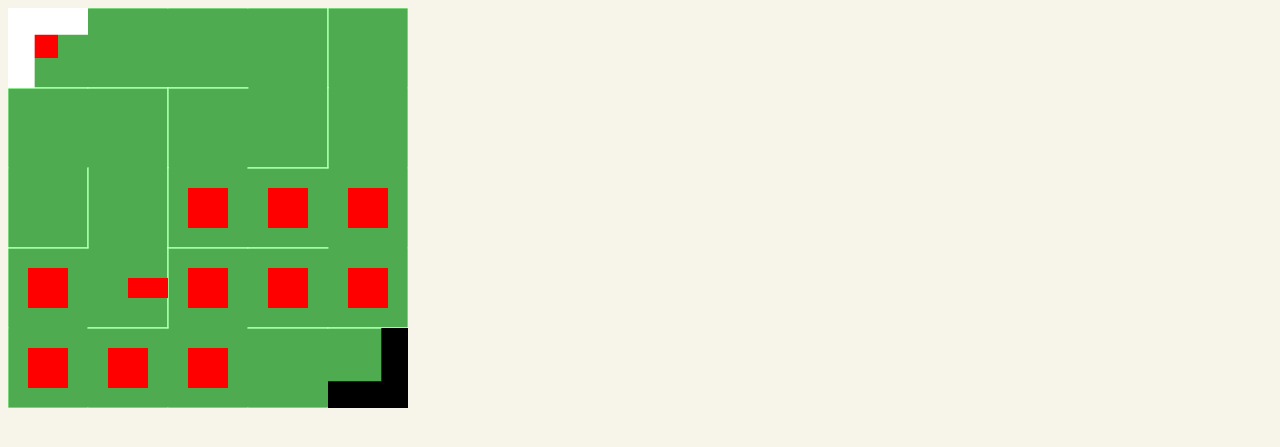
Repository: animarcus/maze-generator
Page: index.html
The author's editor kept a copy of each file at every save. The page is drawn from the files as they stood at one save, then again after the next save.
The browser window is 1280 px wide. The pictures show the whole page.
Some web libraries are served in a nearby version.

Above is the page before, as saved 2020-09-12 20:02:27.

### index.html
<!DOCTYPE html>
<html lang="en">
<head>
  <link rel="apple-touch-icon" sizes="180x180" href="/icons/apple-touch-icon.png">
  <link rel="icon" type="image/png" sizes="32x32" href="/icons/favicon-32x32.png">
  <link rel="icon" type="image/png" sizes="16x16" href="/icons/favicon-16x16.png">
  <link rel="manifest" href="/icons/site.webmanifest">
  <link rel="mask-icon" href="/icons/safari-pinned-tab.svg" color="#5bbad5">
  <link rel="shortcut icon" href="/icons/favicon.ico">
  <meta name="msapplication-TileColor" content="#da532c">
  <meta name="msapplication-config" content="/icons/browserconfig.xml">
  <meta name="theme-color" content="#ffffff">

  <script type="text/javascript" src="https://cdn.jsdelivr.net/npm/p5@1.1.4/lib/p5.min.js"></script>
  <script src="js/cell.js"></script>
  <script src="js/sketch.js"></script>
  <script src="js/solver.js"></script>


  <link rel="stylesheet" href="css/style.css">
  <meta charset="UTF-8">
  <meta name="viewport" content="width=device-width, initial-scale=1.0, maximum-scale=1.0, user-scalable=0">
  <title>Maze Generator</title>
</head>
<body>
</body>
</html>

### js/cell.js
class Cell {
  constructor(i, j) {
    this.i = i;
    this.j = j;
    this.walls = [true,true,true,true];
    this.visited = false;
  }
  checkNeighbors() {
    let neighbors = [];
    // console.log(index(i+1  , j   ));
    let top     = grid[index(this.i    , this.j-1 )];
    let right   = grid[index(this.i+1  , this.j   )];
    let bottom  = grid[index(this.i    , this.j +1)];
    let left    = grid[index(this.i-1  , this.j   )];
    if (top && !top.visited) {
      neighbors.push(top);
    }
    if (right && !right.visited) {
      neighbors.push(right);
    }
    if (bottom && !bottom.visited) {
      neighbors.push(bottom);
    }
    if (left && !left.visited) {
      neighbors.push(left);
    }
    if (neighbors.length > 0) {
      let r = floor(Math.random() * neighbors.length);
      return neighbors[r];
    } else {
      return undefined;
    }
  }
  highlight() {
    let x = this.i * w;
    let y = this.j * w;
    fill(150, 0, 0, 255);
    noStroke();
    rect(x, y, w, w);
  }
  show() {
    let x = this.i*w;
    let y = this.j*w;
    stroke(255);
    if (this.walls[0]) {
      line(x,y,x+w,y);
    }
    if (this.walls[1]) {
      line(x+w,y,x+w,y+w);
    }
    if (this.walls[2]) {
      line(x+w,y+w,x,y+w);
    }
    if (this.walls[3]) {
      line(x,y+w,x,y);
    }
    if (this.visited) {
      noStroke();
      fill(100, 255, 100, 150);
      rect(x, y, w, w);
    }
  }
}

### js/sketch.js



let cols, rows;
let w = 80;
let grid = [];
let current;
let stack = [new Cell(0, 0)];

let generated;
let solveOK;

let exitPoint;

let solvedPath = [];

function setup() {
  createCanvas(400,400);
  cols = floor(width/w);
  rows = floor(width/w);
  console.log(rows, cols);
  exitPoint = [rows-1,cols-1];

  // frameRate(7);

  generated = false;
  solveOK = false;

  for (let j = 0; j < rows; j++) {
    for (let i = 0; i < cols; i++) {
      let cell = new Cell(i,j);
      grid.push(cell);
    }
  }
  current = grid[0];
}

function draw() {
  background(51);
  for (let i = 0; i < grid.length; i++) {
    grid[i].show();
  }
  solvedPath.forEach(maze.drawSolvedPath);

  if (!generated) {
    maze.generateMaze();
  } else if (solveOK) {
    if (solver.i === exitPoint[0] && solver.j === exitPoint[1]) {
      solver.i = 0;
      solver.j = 0;
    } else {
      maze.solveMaze();
    }
  }
}


let maze = {
  generateMaze : function() {
    current.visited = true;
    current.highlight();
    let next = current.checkNeighbors();
    // console.log(stack);
    if (next) {
      next.visited = true;
      //step 2
      stack.push(next);
      //step 3
      removeWalls(current, next);
      //step 4
      current = next;
    } else if (stack.length > 0) {
      current = stack.pop();
      if (stack.length == 0) {
        frameRate(3);
        solver = new Solver(2, 2);
        generated = true;

        solveOK = true;
      }
    }
  },
  solveMaze : function() {
    // grid[0].highlight();
    noStroke();
    fill(color("white"));
    rect(grid[0].i, grid[0].j, w/3, w);
    rect(grid[0].i, grid[0].j, w, w/3);
    fill(color("black"));
    rect(grid[grid.length-1].i*w + w, grid[grid.length-1].j*w + w, -w/3, -w);
    rect(grid[grid.length-1].i*w + w, grid[grid.length-1].j*w + w, -w, -w/3);

    fill(color("red"));
    // rect(solver.i+w/10,solver.j+w/10,w-w/5,w-w/5);
    solver.draw();
    solver.move();
  },
  drawSolvedPath : function(coords, index) {
    rect(0, 0, 50,50)
    let x = coords.i;
    let y = coords.j;
    console.log(" ");
    console.log(x, y);
    fill(color("red"));
    // x + w/2, y + w/2-w/8, w/2, w/4
    rect(x + w/2 - w/4, y + w/2-w/4, w/2, w/2);
  }
};


function index(i, j) {
  if (i < 0 || j < 0 || i > cols-1 || j > rows-1) {
    return -1;
  }
  return i + j * cols;
}


function removeWalls(a, b) {
  let x = a.i - b.i;
  if (x === 1) {
    a.walls[3] = false;
    b.walls[1] = false;
  } else if (x == -1) {
    a.walls[1] = false;
    b.walls[3] = false;
  }

  let y = a.j - b.j;
  if (y === 1) {
    a.walls[0] = false;
    b.walls[2] = false;
  } else if (y === -1) {
    a.walls[2] = false;
    b.walls[0] = false;
  }

}

### js/solver.js
let facing;
class Solver {
  constructor(x, y) {
    this.i = x;
    this.j = y;
    this.direction = 1; // up-right-down-left
  }
  draw() {
    this.current = grid[index(this.i, this.j)];

    fill(color("red"));
    // this.direction = Math.abs(this.direction);
    let x = this.i*w;
    let y = this.j*w;
    if (this.direction % 4 === 0) {
      this.facing = grid[index(this.i, this.j-1)];
      rect(x + w/2-w/8, y + w/2, w/4, -w/2);
    } else if (this.direction % 4 === 1) {
      rect(x + w/2, y + w/2-w/8, w/2, w/4);
      this.facing = grid[index(this.i+1, this.j)];
    } else if (this.direction % 4 === 2) {
      rect(x + w/2-w/8, y + w/2, w/4, w/2);
      this.facing = grid[index(this.i, this.j+1)];
    } else if (this.direction % 4 === 3) {
      rect(x + w/2, y + w/2-w/8, -w/2, w/4);
      this.facing = grid[index(this.i-1, this.j)];
    }
  }
  move() {
    solvedPath.push({"i" : this.i*w, "j" : this.j*w});
    // console.log(" ");
    if (this.current.walls[solveDirection(this.direction)] ||
        (this.facing.i === undefined || this.facing.j === undefined)) {//iswallfront
      // console.log("wall in front"); // wall in front

      if (this.current.walls[solveDirection(this.direction + 1)]) {//iswallright
        // console.log("wall on right", solveDirection(this.direction -1)); // wall on right
        if (this.current.walls[solveDirection(this.direction - 1)]) { //iswallleft
          // console.log("wall on left");
          this.direction += 1;//turn right
        } else {
          this.direction -= 1;//turn left
        }

      } else { //turn right
        this.direction += 1;
      }
    } else {//nowallfront
      this.i = this.facing.i;
      this.j = this.facing.j;
      this.current = grid[index(this.i, this.j)];
      if (!this.current.walls[solveDirection(this.direction + 1)]) {
        this.direction += 1;
      }
    }
    // up wall check : this.current.walls[0] && this.facing.walls[2]
    // right wall check : this.current.walls[1] && this.facing.walls[3]
    // down wall check : this.current.walls[2] && this.facing.walls[0]
    // left wall check : this.current.walls[3] && this.facing.walls[1]
  }
}


function solveDirection(dir) {
  if (dir < 0) {
    dir += 4;
  }
  if (dir % 4 === 0) {
    dir = 0;
  } else if (dir % 4 === 1) {
    dir = 1;
  } else if (dir % 4 === 2) {
    dir = 2;
  } else if (dir % 4 === 3) {
    dir = 3;
  }
  return dir;
}

### css/style.css
* {
  cursor: default;
  /* -webkit-touch-callout: none;
  -webkit-user-select: none;
  -khtml-user-select: none;
  -moz-user-select: none;
  -ms-user-select: none;
  user-select: none; */
}
body {
  background: #f7f4ea;
  height: 100%;
  overflow-y: hidden;
  overflow-x: hidden;
  /* border-radius: 50%; */
}

/* p {
  position: absolute;
  top:50%;
  left:50%;
  transform: translate(-50%,-50%);
} */

After the next save:
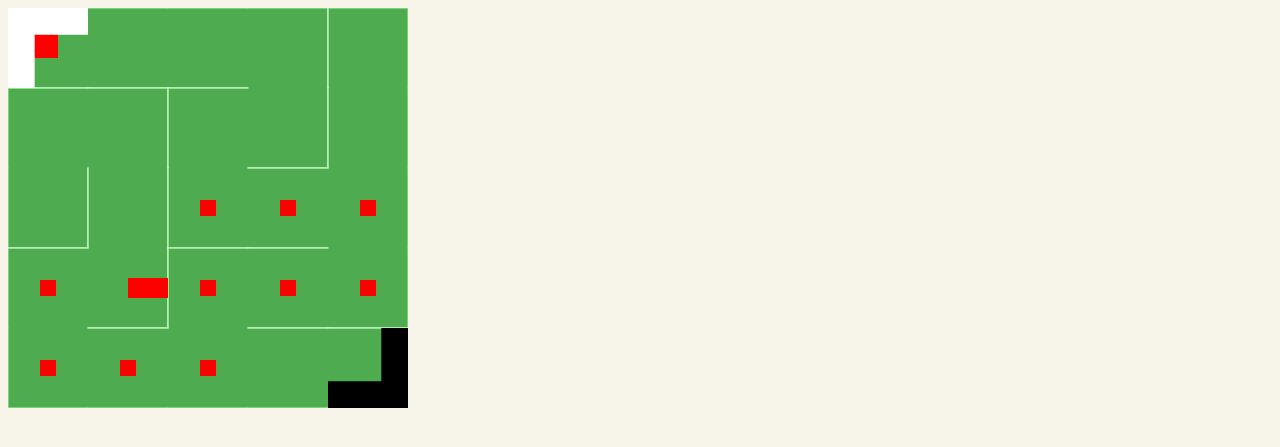
Saved 26 s later.
--- a/js/sketch.js
+++ b/js/sketch.js
@@ -103,7 +103,7 @@ let maze = {
     console.log(x, y);
     fill(color("red"));
     // x + w/2, y + w/2-w/8, w/2, w/4
-    rect(x + w/2 - w/4, y + w/2-w/4, w/2, w/2);
+    rect(x + w/2 - w/10, y + w/2-w/10, w/5, w/5);
   }
 };
 
